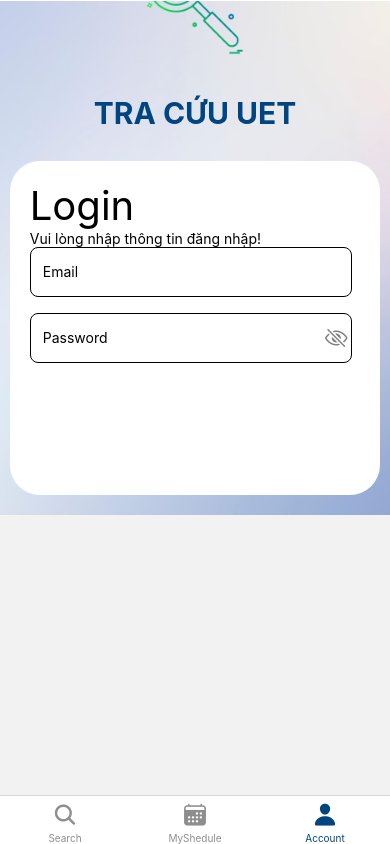
Repository: nguyenkhackien/Student-Progress-Tracker-
Screen: /Account (app in MyApp/)
These files come from the project's save history. The screen is drawn as it stood at one moment and after a run of saves; the edit follows.
The app was drawn by React Native's web renderer in a window 390 px wide. The project was rebuilt for these pictures with package versions that can differ from the ones it lists, and the page was loaded fresh each time. Also part of the build but not shown: MyApp/src/components/MyScheduleScreen.js.

Above is the screen before, as saved 2024-07-21 22:12:17.

### MyApp/App.js
import { createBottomTabNavigator } from "@react-navigation/bottom-tabs"
import { StatusBar } from "react-native"
import { Platform, SafeAreaView, StyleSheet, Text, View } from "react-native"
import AccountScreen from "./src/components/AccountScreen"
import MyScheduleScreen from "./src/components/MyScheduleScreen"
import SearchScreen from "./src/components/SearchSreen"
import { NavigationContainer } from "@react-navigation/native"
import { primaryColor } from "./src/Constants/Color"
import { Ionicons } from "@expo/vector-icons"

const Tab = createBottomTabNavigator()
const screenOptions = {
    headerShown: false,
    tabBarActiveTintColor: primaryColor,
}
export default function App() {
    return (
        <SafeAreaView style={styles.root}>
            <NavigationContainer>
                <Tab.Navigator screenOptions={screenOptions}>
                    <Tab.Screen
                        name="Search"
                        component={SearchScreen}
                        options={{
                            tabBarIcon: ({ focus, color, size }) => {
                                return (
                                    <Ionicons
                                        name={"search"}
                                        size={size}
                                        color={color}
                                    />
                                )
                            },
                        }}
                    />
                    <Tab.Screen
                        name="MyShedule"
                        component={MyScheduleScreen}
                        options={{
                            tabBarIcon: ({ focus, color, size }) => {
                                return (
                                    <Ionicons
                                        name={"calendar"}
                                        size={size}
                                        color={color}
                                    />
                                )
                            },
                        }}
                    />
                    <Tab.Screen
                        name="Account"
                        component={AccountScreen}
                        options={{
                            tabBarIcon: ({ focus, color, size }) => {
                                return (
                                    <Ionicons
                                        name={"person"}
                                        size={size}
                                        color={color}
                                    />
                                )
                            },
                        }}
                    />
                </Tab.Navigator>
            </NavigationContainer>
        </SafeAreaView>
    )
}
const styles = StyleSheet.create({
    root: {
        flex: 1,
        paddingTop: Platform.OS === "android" ? StatusBar.currentHeight : 1,
    },

})

### MyApp/src/components/AccountScreen.js
import { StyleSheet, Text, View } from "react-native"
import LoginScreen from "./LoginScreen"
export default function AccountScreen() {
    return (
        <LoginScreen/>
    )
}
const style = StyleSheet.create({

})

### MyApp/src/components/SearchSreen.js
import { StyleSheet, Text, View } from "react-native"

export default function SearchScreen() {
    return (
        <View>
            <Text> Search screen</Text>
        </View>
    )
}

### MyApp/src/Constants/Color.js
export const primaryColor = "#004580"

### MyApp/src/components/LoginScreen.js
import React, { useState } from "react"
import {
    View,
    Text,
    Image,
    TextInput,
    TouchableOpacity,
    ImageBackground,
} from "react-native"
import { Ionicons } from "@expo/vector-icons"
import { primaryColor } from "../Constants/Color"

const LoginScreen = () => {
    const [Email, setEmail] = useState("")
    const [password, setPassword] = useState("")
    const [passwordVisible, setPasswordVisible] = useState(false)

    const togglePasswordVisibility = () => {
        setPasswordVisible(!passwordVisible)
    }

    return (
        <View>
            <ImageBackground
                source={require("../../assets/bgc.png")}
                style={{ width: "100%", height: "100%" }}
            >
                <View style={styles.container}>
                    <Image
                        source={require("../../assets/logo.png")}
                        style={styles.logoIcon}
                    />
                    <Text style={styles.title}>TRA CỨU UET</Text>
                    <View style={styles.loginContainer}>
                        <Text style={{fontSize:40,color:'black'}}>Login</Text>

                        <Text >Vui lòng nhập thông tin đăng nhập!</Text>
                        <View style={styles.inputContainer}>
                            <TextInput
                                style={styles.input}
                                onChangeText={setEmail}
                                value={Email}
                                placeholder="Email"
                            />
                        </View>
                        <View style={styles.inputContainer}>
                            <TextInput
                                style={styles.input}
                                onChangeText={setPassword}
                                value={password}
                                placeholder="Password"
                                secureTextEntry={!passwordVisible}
                            />
                            <TouchableOpacity
                                onPress={togglePasswordVisibility}
                                style={styles.eyeIcon}
                            >
                                <Ionicons
                                    name={
                                        passwordVisible
                                            ? "eye-outline"
                                            : "eye-off-outline"
                                    }
                                    size={24}
                                    color="grey"
                                />
                            </TouchableOpacity>
                        </View>
                    </View>
                </View>
            </ImageBackground>
        </View>
    )
}

const styles = {
    container: {
        flex: 1,
        justifyContent:"flex-end",
        alignItems: "center",
    },
    title: {
        fontSize: 30,
        fontWeight: "bold",
        marginBottom: 30,
        color: primaryColor,
    },
    logoIcon: {
        width: 150,
        height: 150,
        marginVertical: 20,
    },
    loginContainer: {
        width: "95%",
        height: "65%",
        padding: 20,
        marginBottom:20,
        backgroundColor: "white",
        borderRadius: 30,
    },
    inputContainer: {
        flexDirection: "row",
        alignItems: "center",
        marginBottom: 16,
    },
    input: {
        flex: 1,
        height: 50,
        borderWidth: 1,
        borderRadius: 8,
        paddingHorizontal: 12,
        marginRight: 8,
    },
    phoneIcon: {
        position: "absolute",
        right: 12,
    },
    eyeIcon: {
        position: "absolute",
        right: 12,
    },
}

export default LoginScreen

After the next 4 saves:
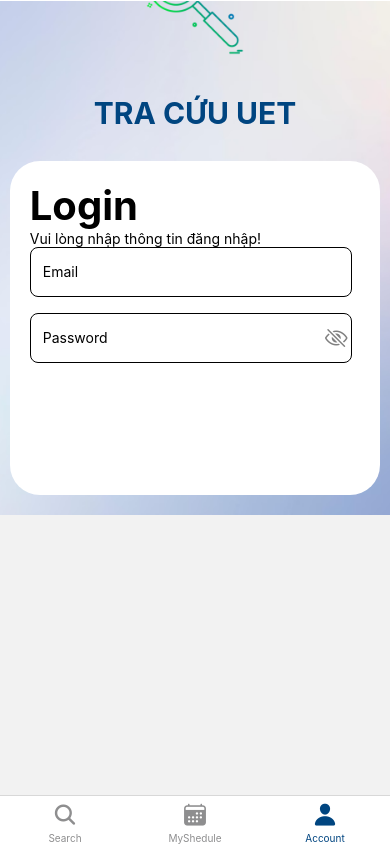
The 4 saves are shown as one change because they came seconds apart.
The last was saved 14 s later.
--- a/MyApp/src/components/LoginScreen.js
+++ b/MyApp/src/components/LoginScreen.js
@@ -32,7 +32,7 @@ const LoginScreen = () => {
                     />
                     <Text style={styles.title}>TRA CỨU UET</Text>
                     <View style={styles.loginContainer}>
-                        <Text style={{fontSize:40,color:'black'}}>Login</Text>
+                        <Text style={{fontSize:40,color:'black',fontWeight:'bold'}}>Login</Text>
 
                         <Text >Vui lòng nhập thông tin đăng nhập!</Text>
                         <View style={styles.inputContainer}>
